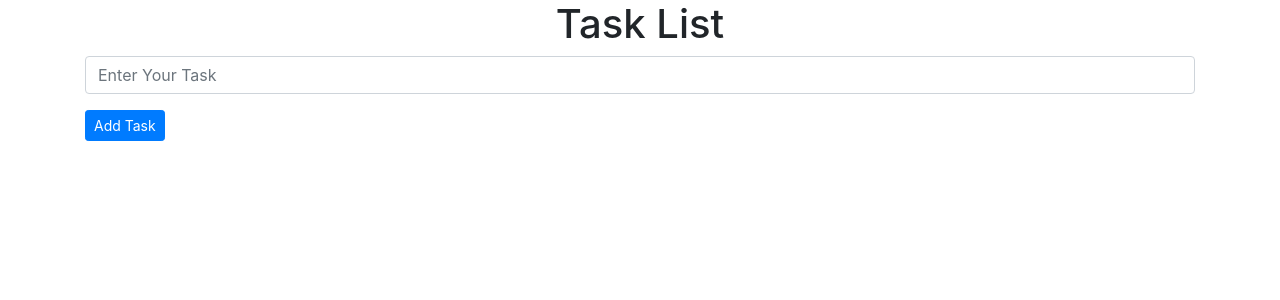
Repository: hoangphuong965/todolist
Page: index.html
These files come from the project's save history. The page is drawn as it stood at one moment and after the next save; the edit follows.
The browser window is 1280 px wide. The pictures show the whole page.

Above is the page before, as saved 2020-09-04 14:28:56.

### index.html
<!DOCTYPE html>
<html lang="en">

<head>
     <meta charset="UTF-8">
     <meta name="viewport" content="width=device-width, initial-scale=1.0">
     <title>Document</title>
     <link rel="stylesheet" href="https://stackpath.bootstrapcdn.com/bootstrap/4.3.1/css/bootstrap.min.css"
          integrity="sha384-ggOyR0iXCbMQv3Xipma34MD+dH/1fQ784/j6cY/iJTQUOhcWr7x9JvoRxT2MZw1T" crossorigin="anonymous">
     <link rel="stylesheet" href="https://maxcdn.bootstrapcdn.com/font-awesome/4.7.0/css/font-awesome.min.css">
     <link rel="stylesheet" href="style.css">
</head>

<body>
     <div class="container">
          <h1 class="text-center">Task List</h1>
          <form class="form">
               <div class="form-group ">
                    <input type="text" class="form-control" style="outline-color: black;" placeholder="Enter Your Task">
               </div>
               <div class="list">
                    <!-- <ol class="list-group list-group-flush">
                         <li class="list-group-item grid">
                              <p>Cras justo odio</p>
                              <i class="fa fa-trash" aria-hidden="true"></i>
                         </li>
                    </ol> -->
               </div>
               <button type="submit" class="btn btn-primary btn-sm">Add Task</button>
          </form>
     </div>
     <script src="app.js"></script>
</body>

</html>

### style.css
.container{
     width: 1500px;
}
.grid {
  display: grid;
  grid-template-columns: auto auto;
}
i{
     margin-top: 3px;
     text-align: right;
}

### app.js
const input = document.querySelector("input");
let html = document.querySelector(".list");

const form = document.querySelector(".form");
form.addEventListener("submit", (e) => {
  e.preventDefault();
  add();
});

const add = () => {
  if (input.value === "") {
    alerts();
    return;
  } else {
    let ul = `
          <ol class="list-group list-group-flush ">
               <li class="list-group-item grid">
                    <p>${input.value}</p>
                    <i class="fa fa-trash" aria-hidden="true"></i>
               </li>
          </ol>
     `;
    input.value = "";
    html.innerHTML += ul;
  }
};

const alerts = () => {
  window.alert("điền vào ô trống");
};

After the next save:
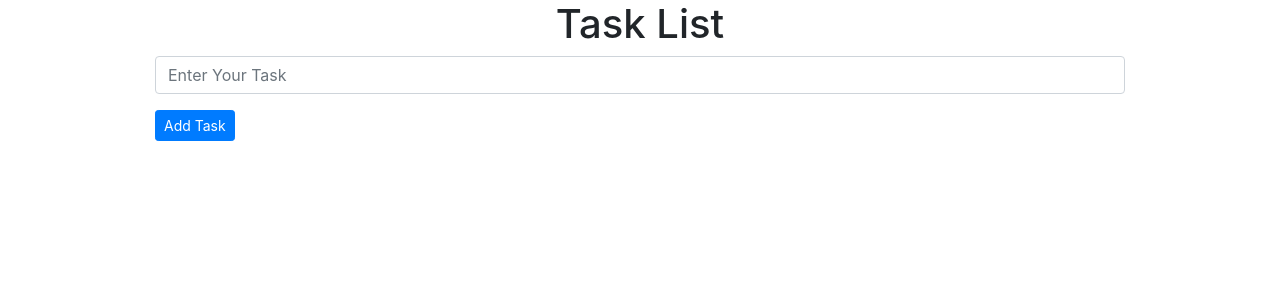
Saved 5 s later.
--- a/style.css
+++ b/style.css
@@ -1,5 +1,5 @@
 .container{
-     width: 1500px;
+     width: 1000px;
 }
 .grid {
   display: grid;

After the save that followed:
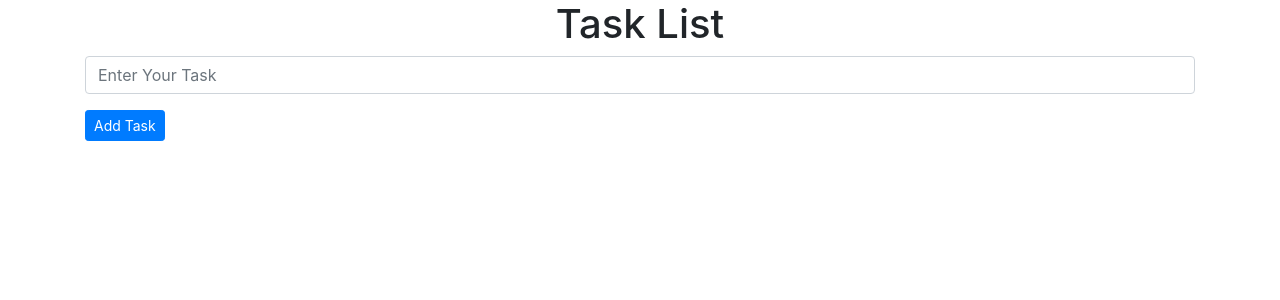
Saved 5 s later.
--- a/style.css
+++ b/style.css
@@ -1,5 +1,5 @@
 .container{
-     width: 1000px;
+     width: 1200px;
 }
 .grid {
   display: grid;
